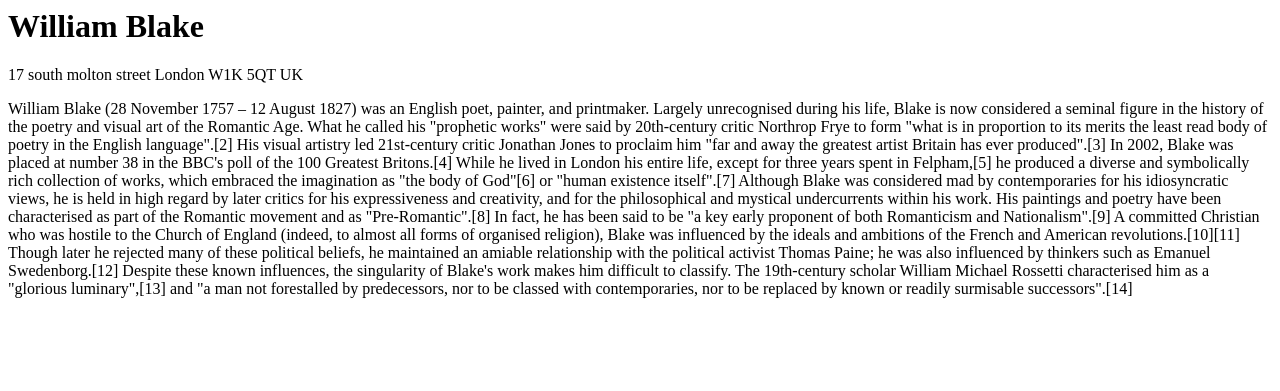
Repository: arzeee/Web_Course
Page: 2.3+Void+Elements/2.3 Void Elements/index.html
These files come from the project's save history. The page is drawn as it stood at one moment and after a run of saves; the edit follows.
The browser window is 1280 px wide. The pictures show the whole page.

Above is the page before, as saved 2024-12-01 16:45:19.

### 2.3+Void+Elements/2.3 Void Elements/index.html
<h1>William Blake</h1>

<p>17 south molton street
    London
    W1K 5QT
    UK
</p>


William Blake (28 November 1757 – 12 August 1827) was an English poet, painter, and printmaker. Largely unrecognised
during his life, Blake is now considered a seminal figure in the history of the poetry and visual art of the Romantic
Age. What he called his "prophetic works" were said by 20th-century critic Northrop Frye to form "what is in proportion
to its merits the least read body of poetry in the English language".[2] His visual artistry led 21st-century critic
Jonathan Jones to proclaim him "far and away the greatest artist Britain has ever produced".[3] In 2002, Blake was
placed at number 38 in the BBC's poll of the 100 Greatest Britons.[4] While he lived in London his entire life, except
for three years spent in Felpham,[5] he produced a diverse and symbolically rich collection of works, which embraced the
imagination as "the body of God"[6] or "human existence itself".[7]

Although Blake was considered mad by contemporaries for his idiosyncratic views, he is held in high regard by later
critics for his expressiveness and creativity, and for the philosophical and mystical undercurrents within his work. His
paintings and poetry have been characterised as part of the Romantic movement and as "Pre-Romantic".[8] In fact, he has
been said to be "a key early proponent of both Romanticism and Nationalism".[9] A committed Christian who was hostile to
the Church of England (indeed, to almost all forms of organised religion), Blake was influenced by the ideals and
ambitions of the French and American revolutions.[10][11] Though later he rejected many of these political beliefs, he
maintained an amiable relationship with the political activist Thomas Paine; he was also influenced by thinkers such as
Emanuel Swedenborg.[12] Despite these known influences, the singularity of Blake's work makes him difficult to classify.
The 19th-century scholar William Michael Rossetti characterised him as a "glorious luminary",[13] and "a man not
forestalled by predecessors, nor to be classed with contemporaries, nor to be replaced by known or readily surmisable
successors".[14]

After the next 5 saves:
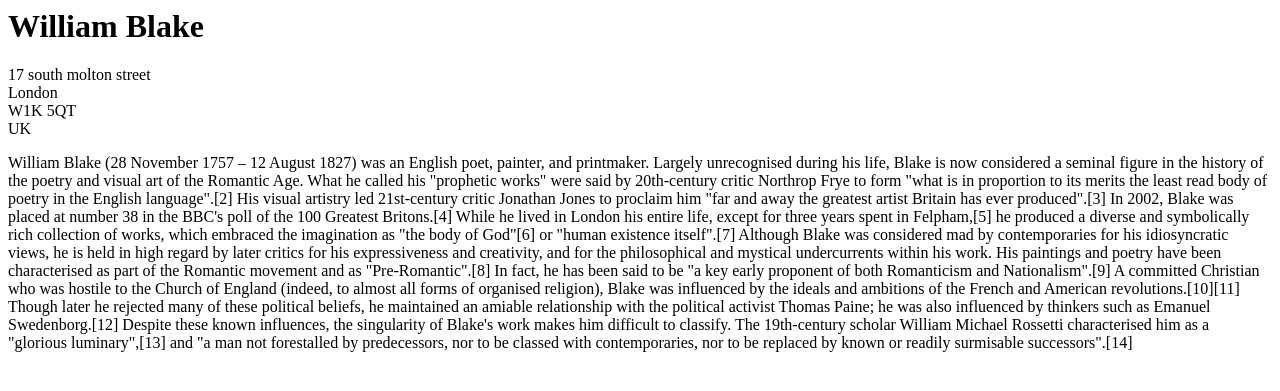
The 5 saves are shown as one change because they came seconds apart.
The last was saved 13 s later.
--- a/2.3+Void+Elements/2.3 Void Elements/index.html
+++ b/2.3+Void+Elements/2.3 Void Elements/index.html
@@ -1,9 +1,9 @@
 <h1>William Blake</h1>
 
-<p>17 south molton street
-    London
-    W1K 5QT
-    UK
+<p>17 south molton street <br>
+    London <br>
+    W1K 5QT <br>
+    UK <br>
 </p>
 
 
